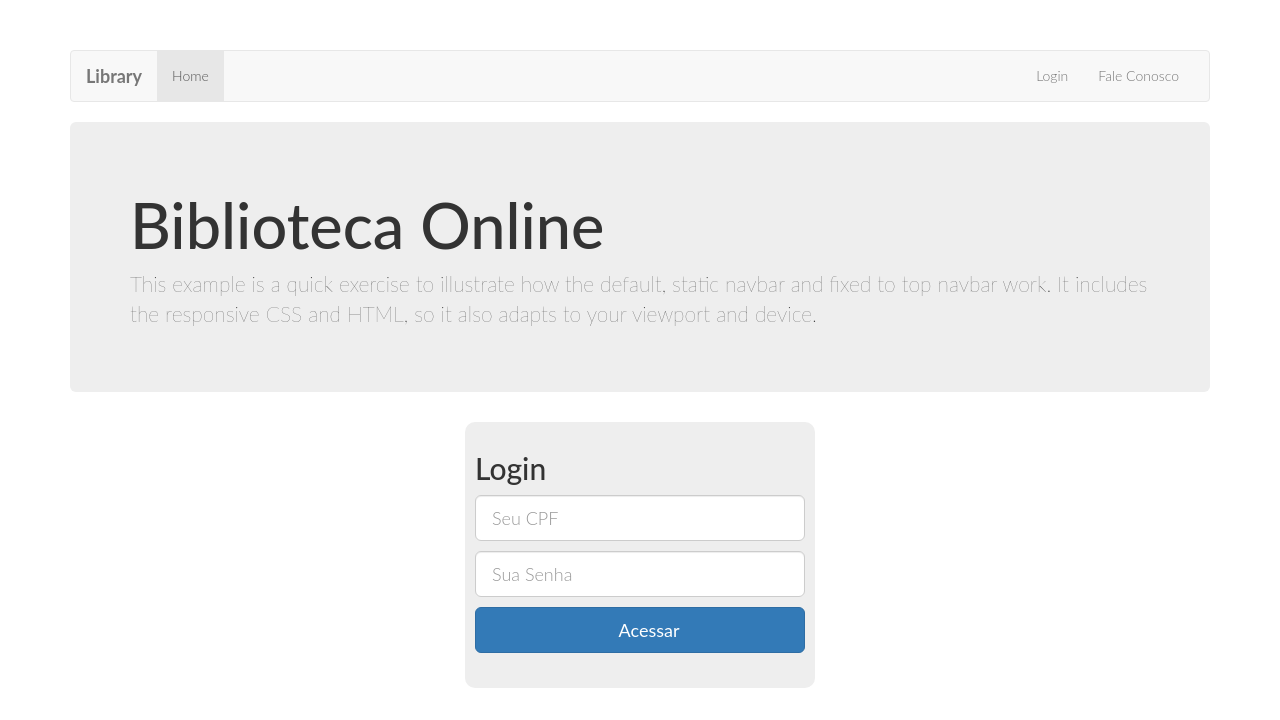
Repository: stefanyco/biblioteca
Page: http://localhost/Biblioteca/login.jsp
These files come from the project's save history. The page is drawn as it stood at one moment and after the next save; the edit follows.
The browser window is 1280 px wide. The pictures show the whole page.
Some web fonts or font styles are not loaded; a fallback is used. The page is served by Tomcat 9.

Above is the page before, as saved 2016-11-07 23:17:58.

After the next save:
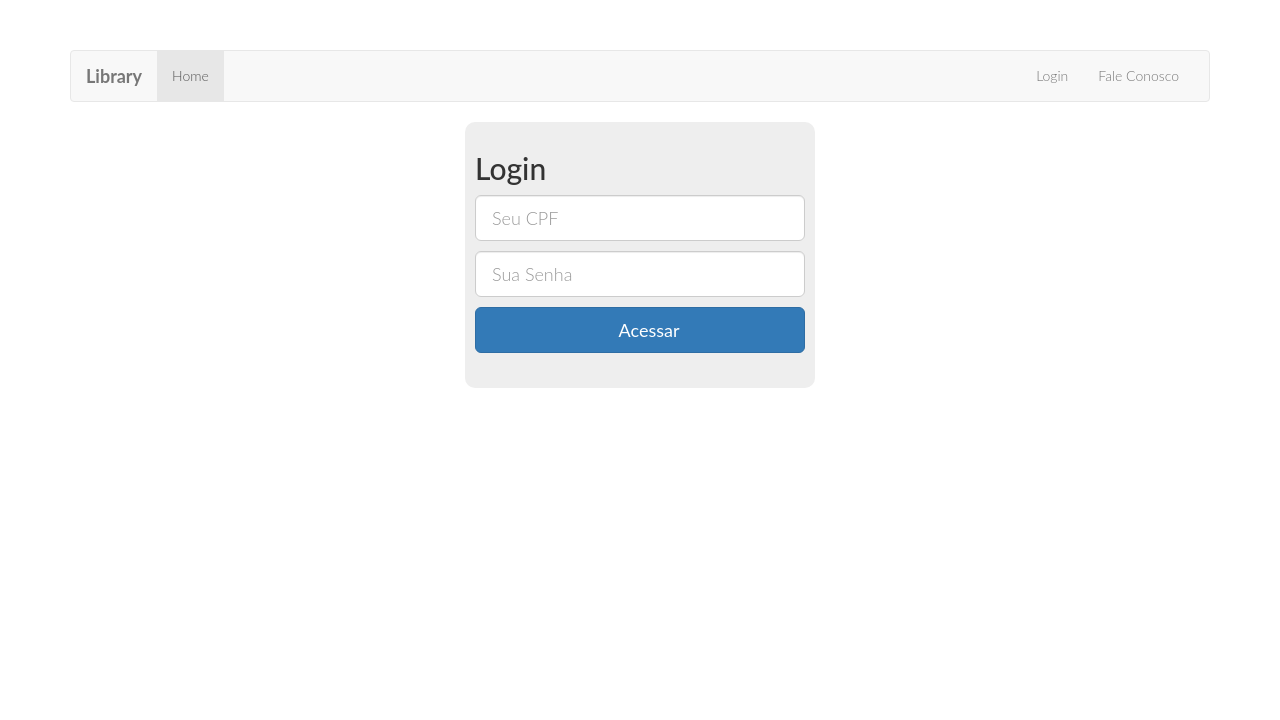
Saved 12 s later.
--- a/Sistema Biblioteca/Biblioteca/WebContent/login.jsp
+++ b/Sistema Biblioteca/Biblioteca/WebContent/login.jsp
@@ -33,15 +33,6 @@
 		</div>
 		<!--/.container-fluid --> </nav>
 
-		<!-- Main component for a primary marketing message or call to action -->
-		<div class="jumbotron">
-			<h1>Biblioteca Online</h1>
-			<p>This example is a quick exercise to illustrate how the
-				default, static navbar and fixed to top navbar work. It includes the
-				responsive CSS and HTML, so it also adapts to your viewport and
-				device.</p>
-		</div>
-
 	</div>
 	<!-- /container -->
 		<div class="container-fluid">

After the save that followed:
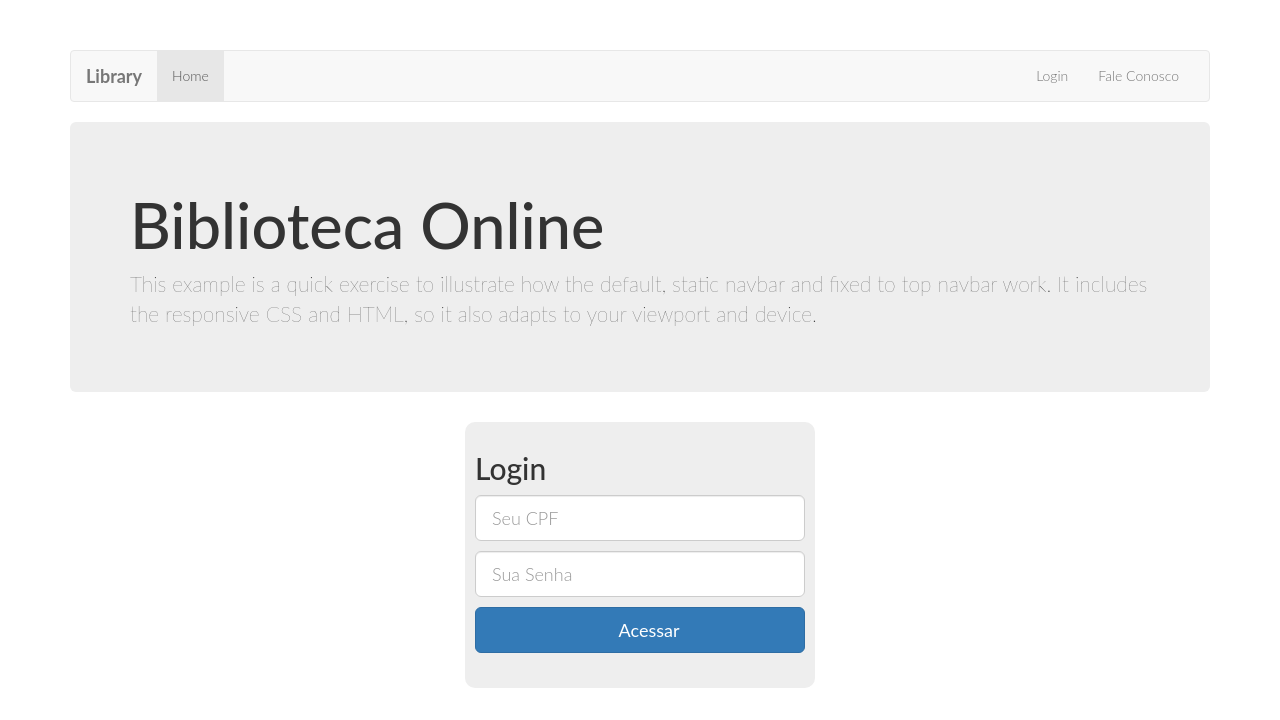
Saved 9 s later.
--- a/Sistema Biblioteca/Biblioteca/WebContent/login.jsp
+++ b/Sistema Biblioteca/Biblioteca/WebContent/login.jsp
@@ -33,6 +33,15 @@
 		</div>
 		<!--/.container-fluid --> </nav>
 
+		<!-- Main component for a primary marketing message or call to action -->
+		<div class="jumbotron">
+			<h1>Biblioteca Online</h1>
+			<p>This example is a quick exercise to illustrate how the
+				default, static navbar and fixed to top navbar work. It includes the
+				responsive CSS and HTML, so it also adapts to your viewport and
+				device.</p>
+		</div>
+
 	</div>
 	<!-- /container -->
 		<div class="container-fluid">
